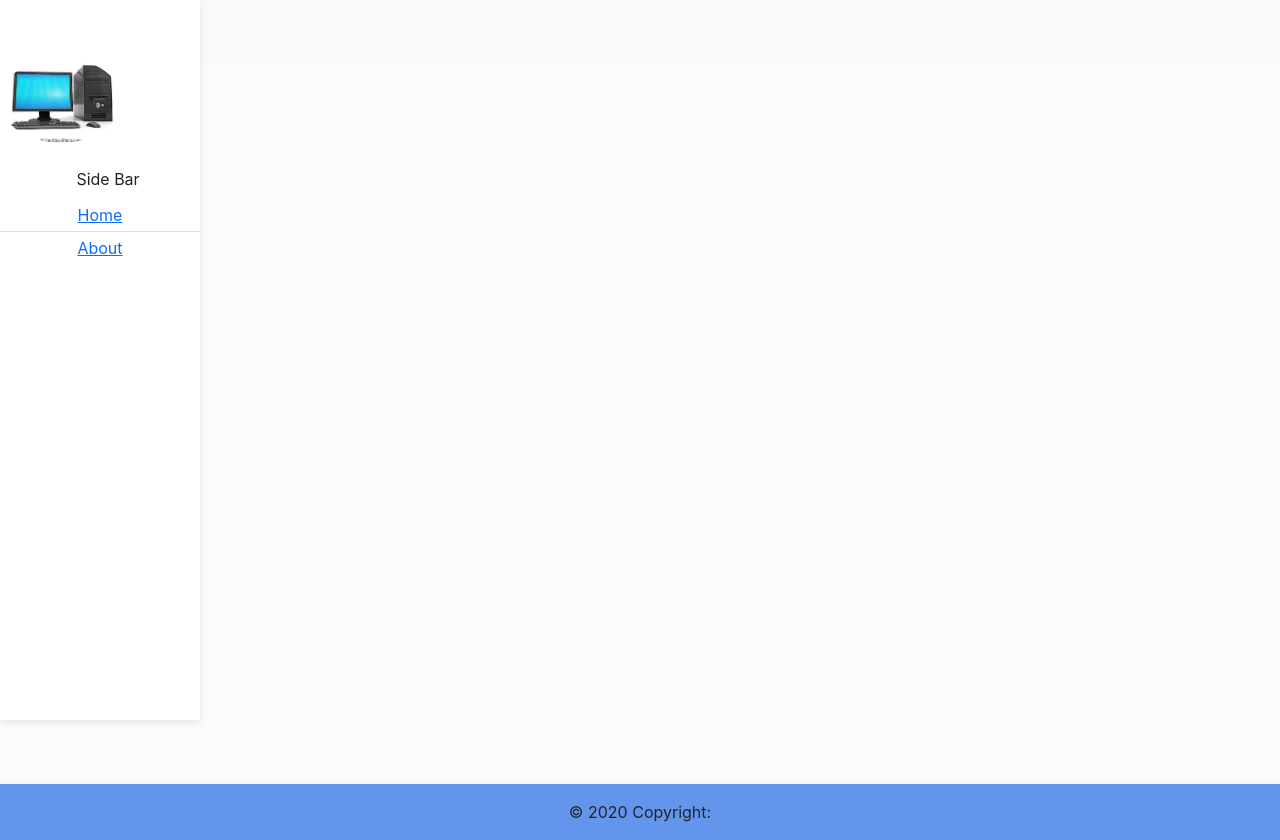
Repository: Sakshamccna/React
Page: /
These files come from the project's save history. The page is drawn as it stood at one moment and after the next save; the edit follows.
The browser window is 1280 px wide. The pictures show the whole page.
The project was rebuilt for these pictures with package versions that can differ from the ones it lists, and the page was loaded fresh each time. Also part of the build but not shown: src/Components/Home.tsx, src/Components/About.tsx.

Above is the page before, as saved 2022-12-26 12:42:41.

After the next save:
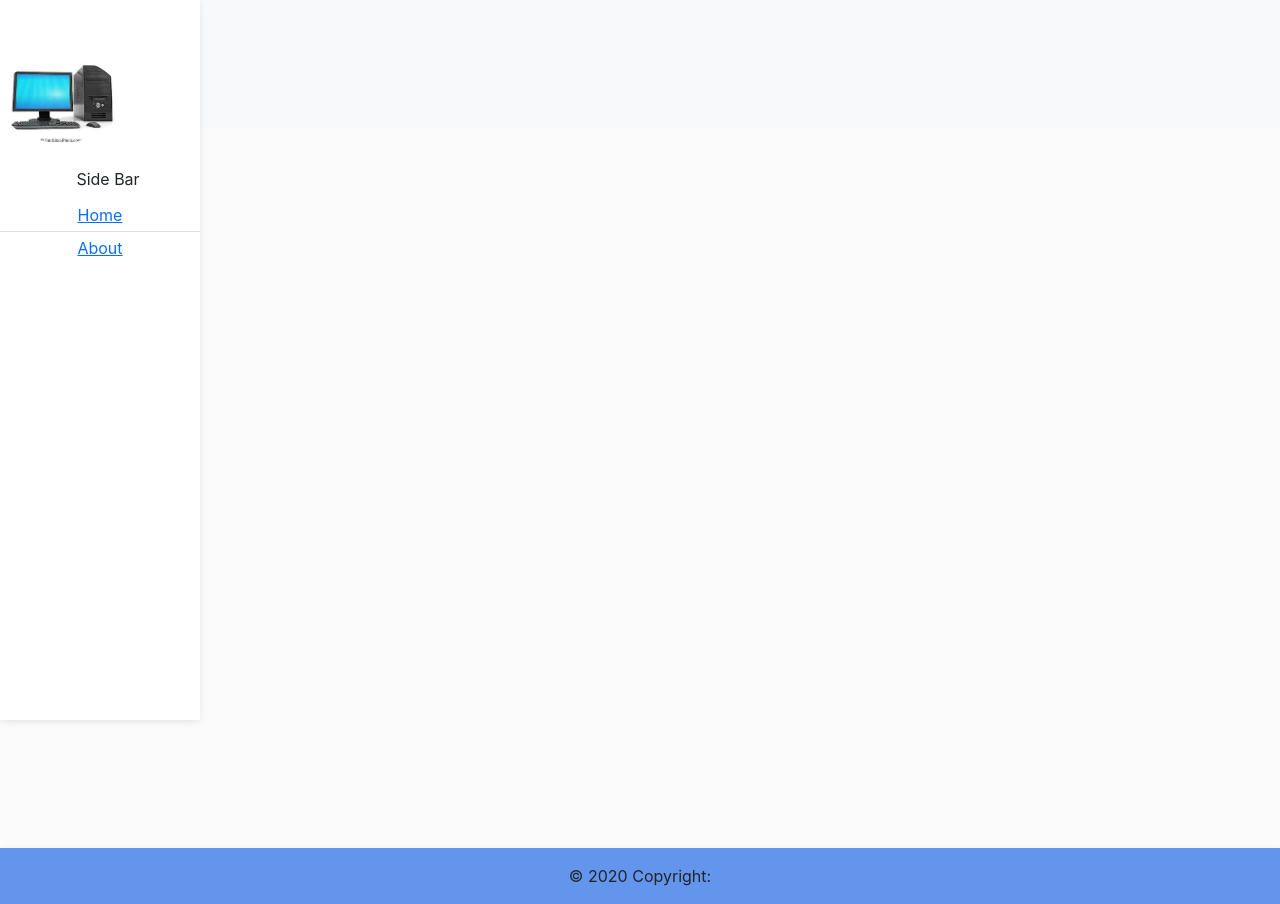
Saved 25 s later.
--- a/src/App.tsx
+++ b/src/App.tsx
@@ -12,6 +12,7 @@
 function App() {
   return (
     <div className="App">
+      <Headers />
       <BrowserRouter>
 
         <Routes>

After the save that followed:
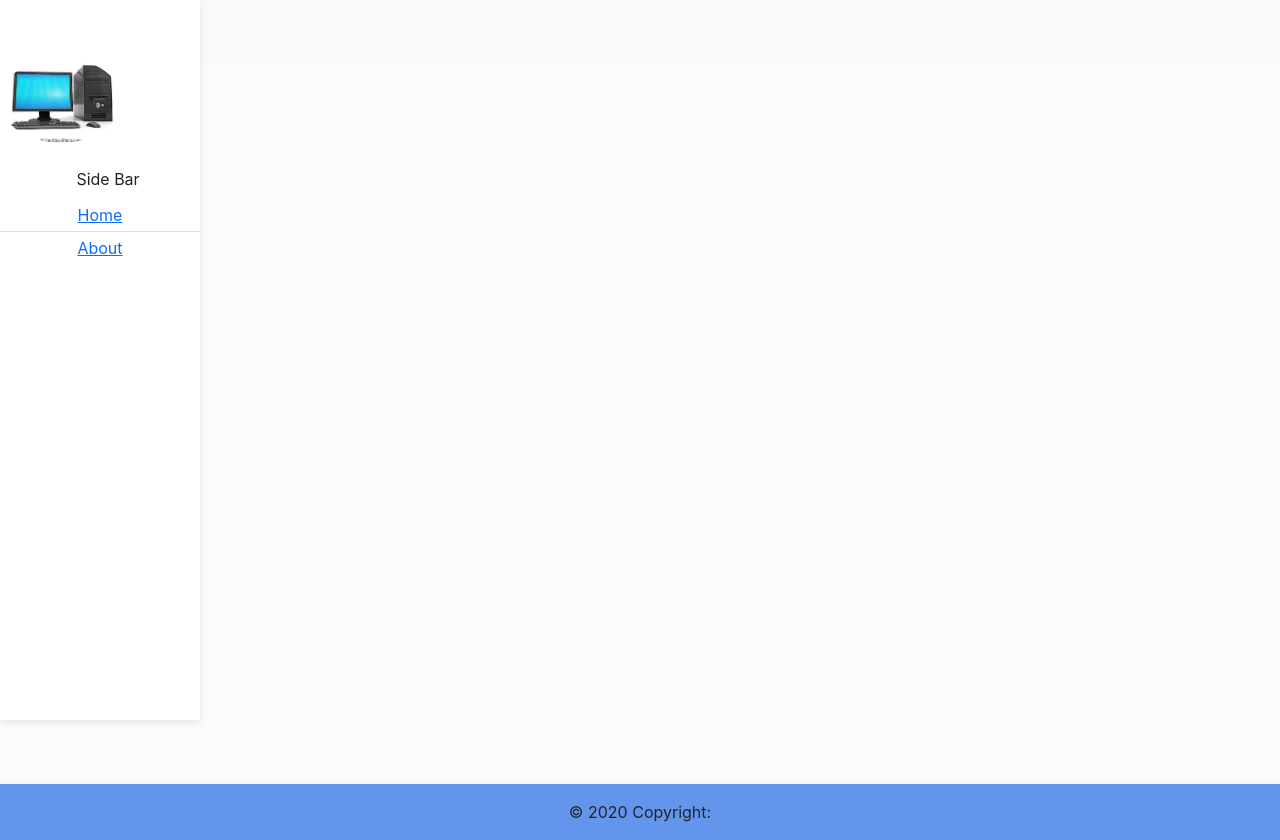
Saved 18 s later.
--- a/src/App.tsx
+++ b/src/App.tsx
@@ -12,7 +12,6 @@
 function App() {
   return (
     <div className="App">
-      <Headers />
       <BrowserRouter>
 
         <Routes>
